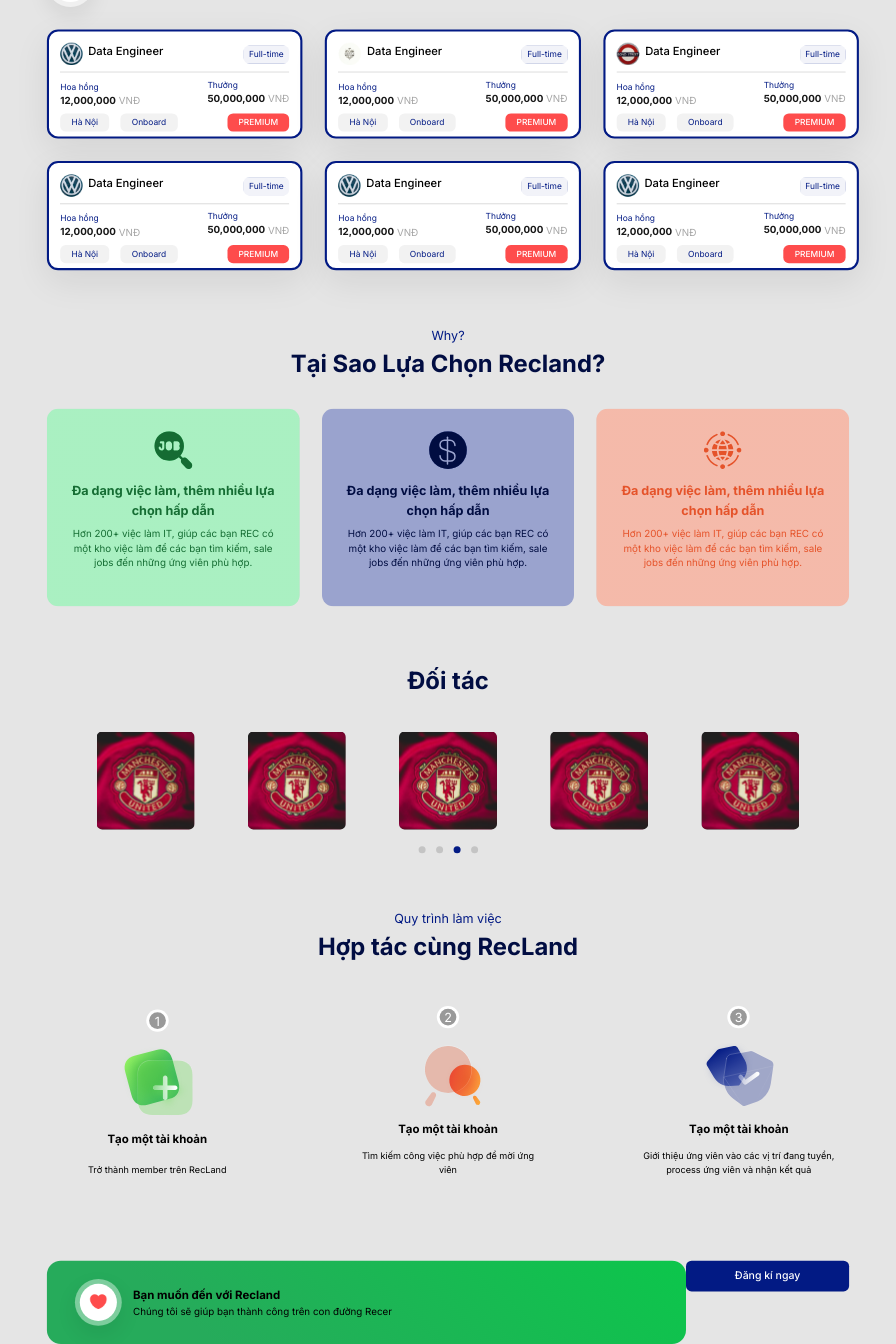
Repository: NguyenDucQuyen0507/Figma
Page: index.html
An editor plug-in stored every save of this project. The page is shown before and after the next save, followed by the edit.
The browser window is 1280 px wide. The pictures show the part of the page from y = 1290 to 3210 px (the page is 3210 px tall before and 3198 px after), at 70% of full size.
A picture or video elsewhere on the page could not be fetched, so the positions and the page height are approximate.

Above is the page before, as saved 2023-02-15 21:18:29.

After the next save:
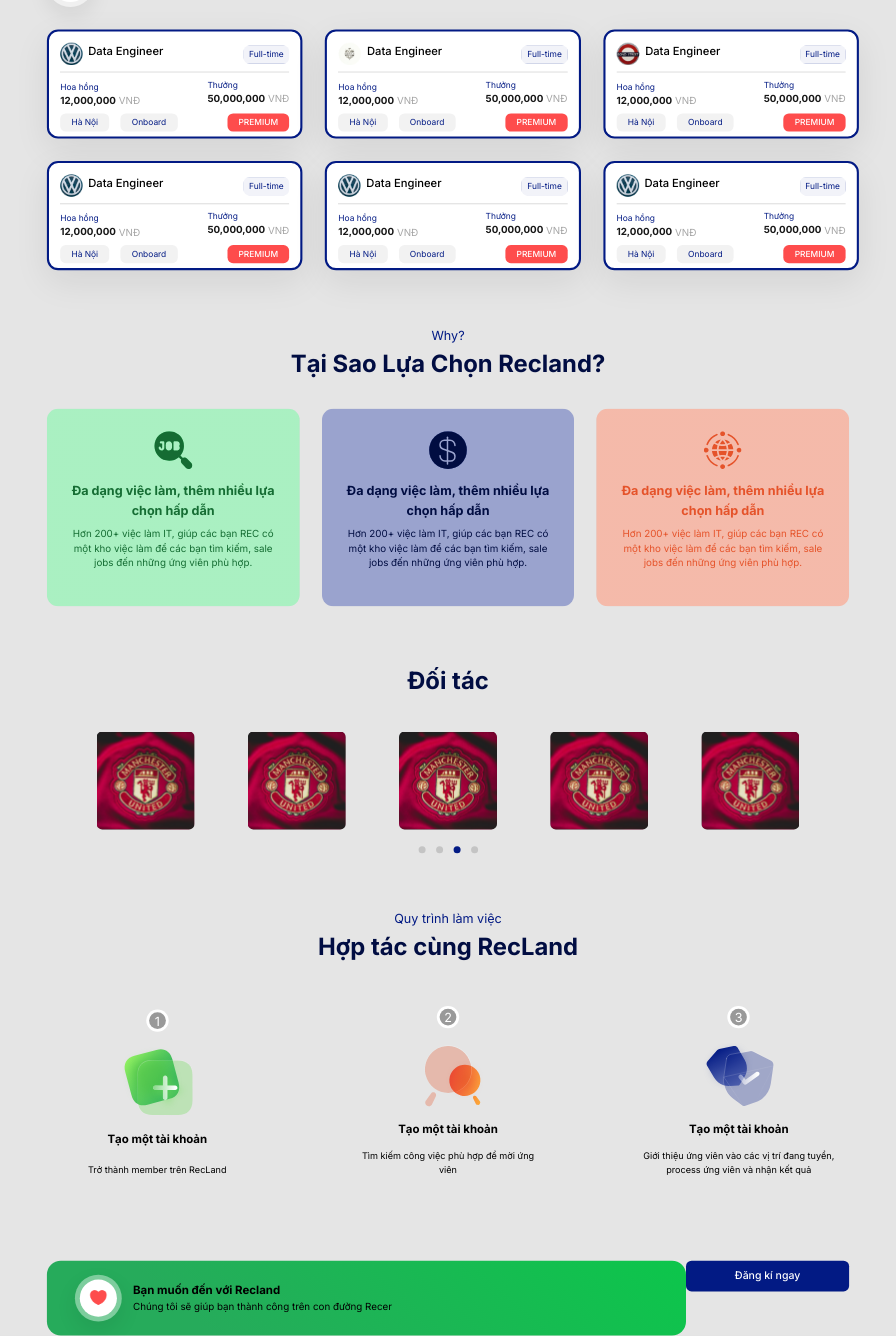
Saved 23 s later.
--- a/assets/css/style.css
+++ b/assets/css/style.css
@@ -411,7 +411,7 @@
   flex: 1;
   background: linear-gradient(220.53deg, #0cc64b 0%, #26ab5b 76.95%);
   border-radius: 20px;
-  padding: 26px 40px;
+  padding: 20px 40px;
   align-items: center;
   gap: 16px;
 }
